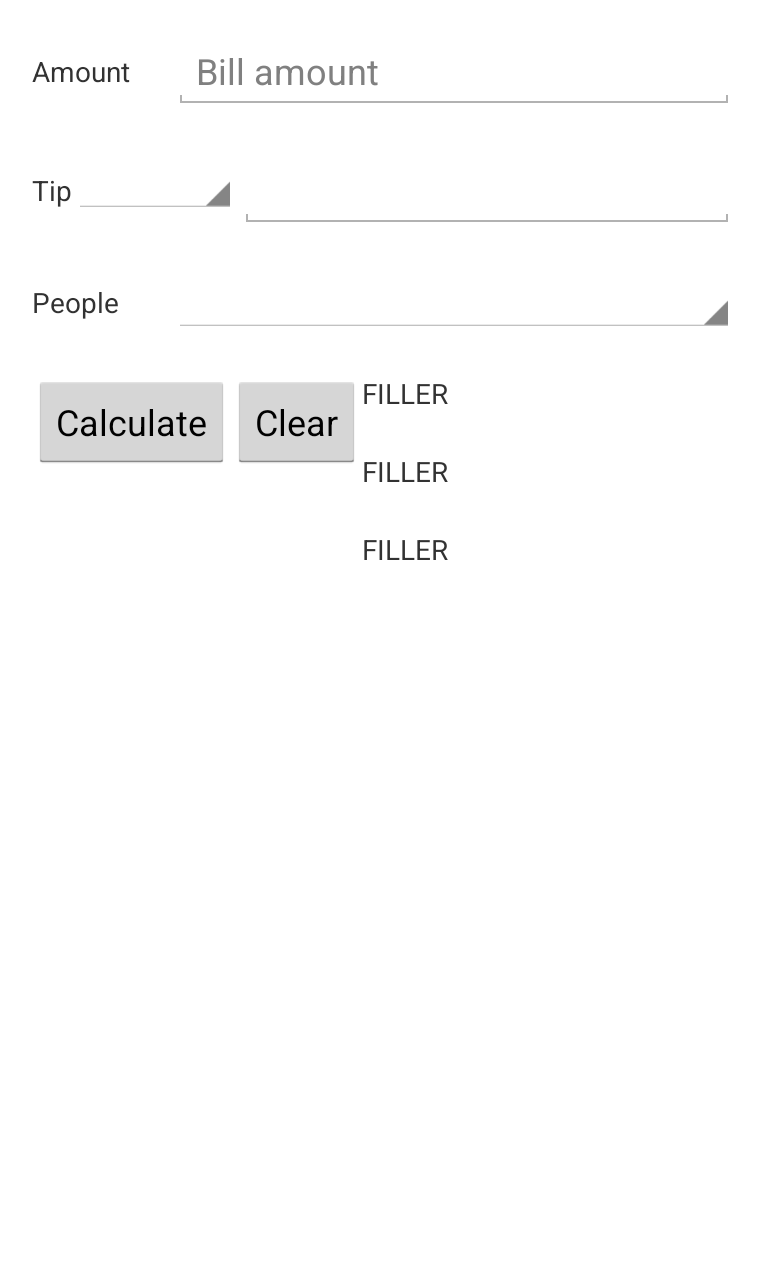
Repository: ericMedeiros93/Android-Dev
Layout: TipSplit/res/layout/activity_main.xml
The author's editor kept a copy of each file at every save. The layout is drawn from the files as they stood at one save, then again after the next save.
It is drawn on a 768 x 1280 px phone screen (xhdpi) without system bars, with theme AppTheme; the app's code is not run.

Above is the layout before, as saved 2014-09-12 15:45:57.

After the next save:
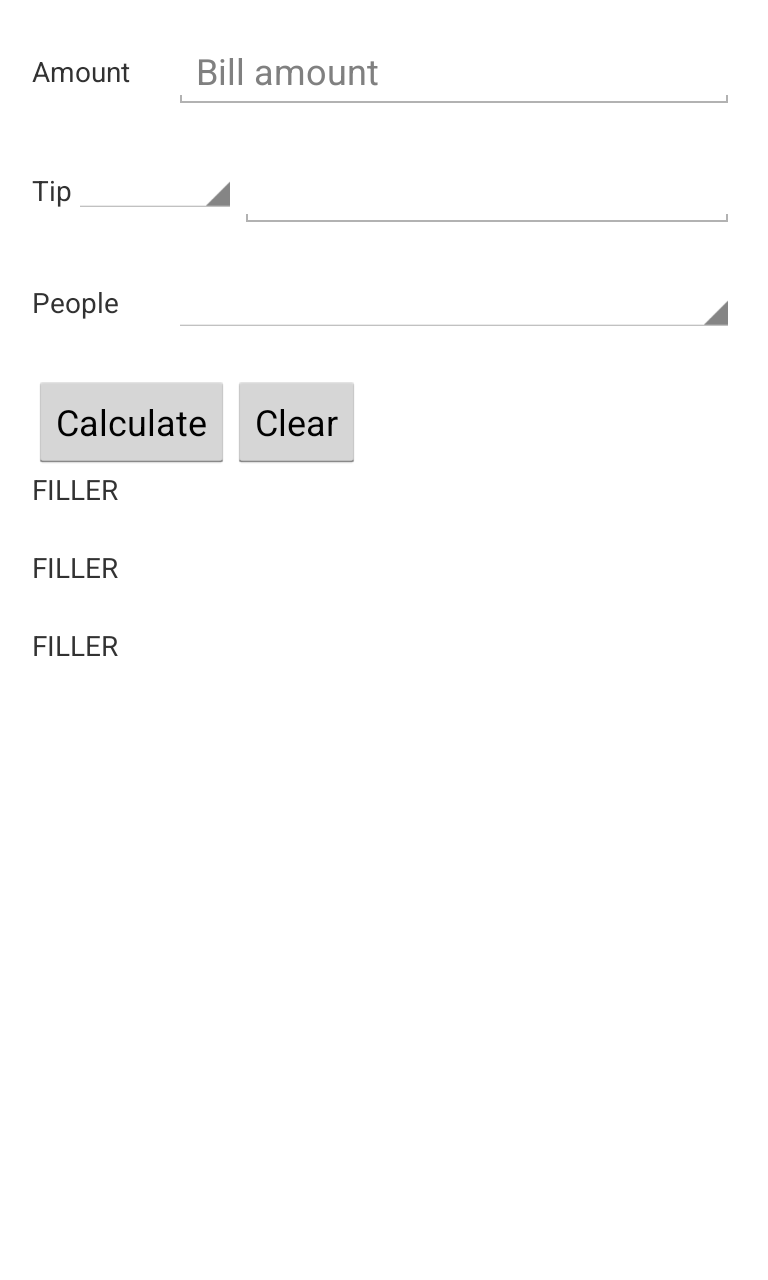
Saved 6 s later.
--- a/TipSplit/res/layout/activity_main.xml
+++ b/TipSplit/res/layout/activity_main.xml
@@ -97,6 +97,7 @@
             android:layout_height="wrap_content"
             android:text="@string/clear"
             />
+        </LinearLayout>
 
         <LinearLayout
         android:layout_width="match_parent"
